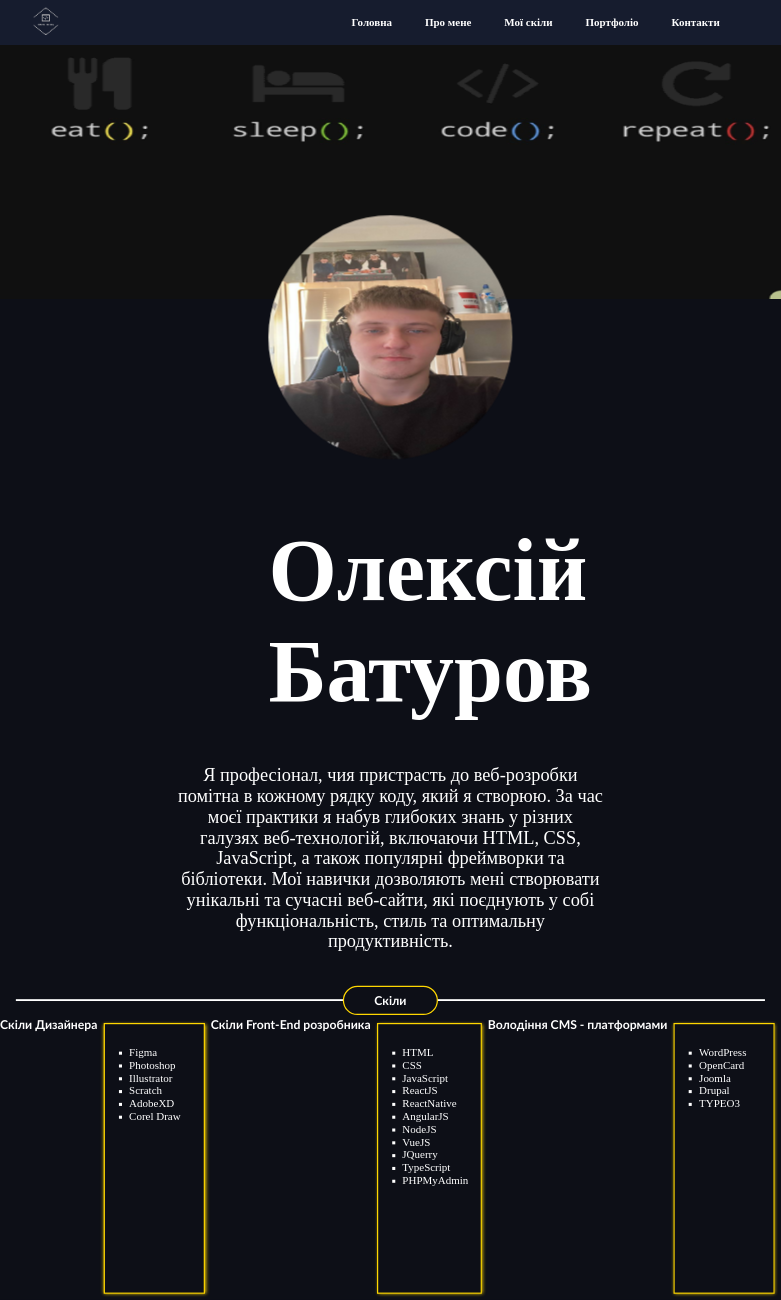
Repository: qtqqrdy13/cv-2
Page: index.html
These files come from the project's save history. The page is drawn as it stood at one moment and after the next save; the edit follows.
The browser window is 1280 px wide. The pictures show the whole page, at 61% of full size.

Above is the page before, as saved 2023-10-04 22:05:09.

After the next save:
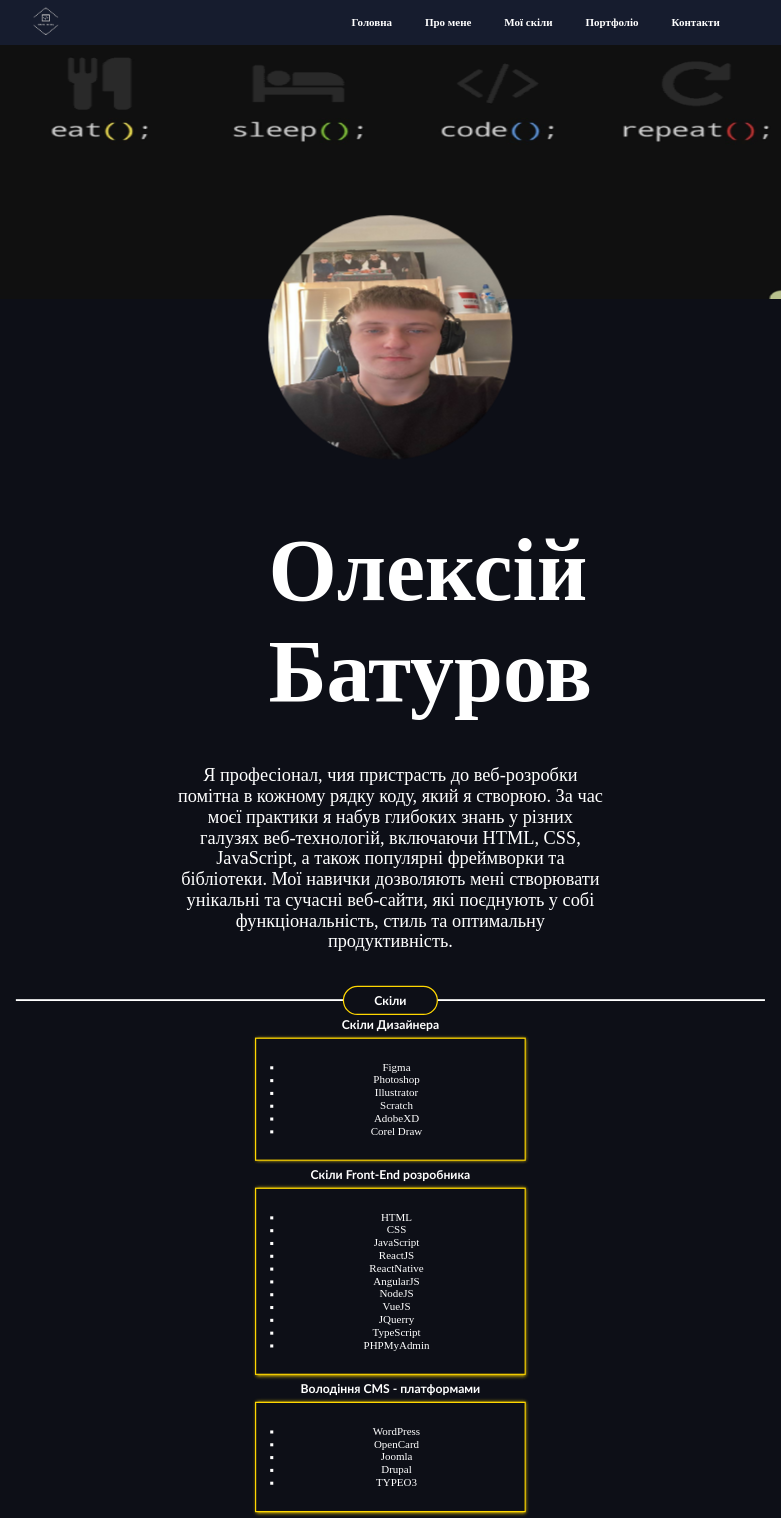
Saved 97 s later.
--- a/main.css
+++ b/main.css
@@ -221,7 +221,10 @@ nav a:hover {
 }
 .container{
     display: flex;
-    justify-content: space-between;
+    flex-direction: column;
+    align-items:center;
+
+
 }
 .block{
     border:2px solid gold;
@@ -232,6 +235,8 @@ nav a:hover {
     height: 400px;
     flex:1;
     box-shadow: 1px 1px 6px gold;
+    text-align: center;
+
 }
 .block:hover{
     box-shadow: 2px 2px 12px gold;
